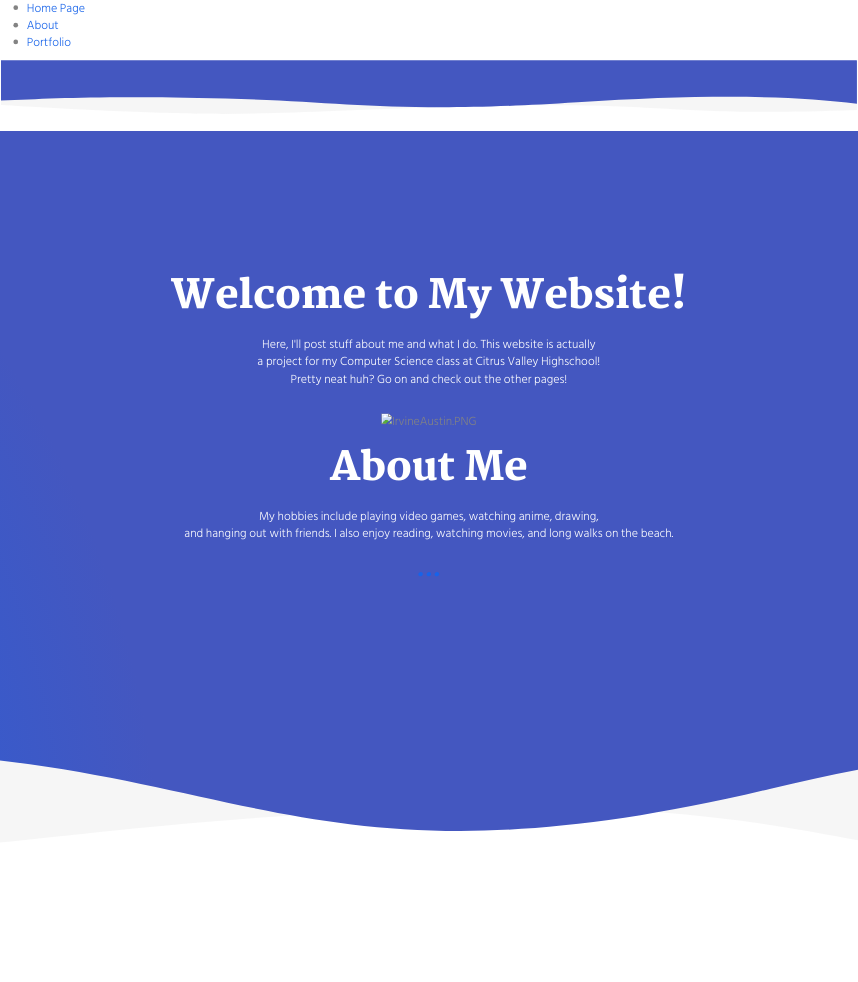
Repository: AustinIrvine02/CharlesX.github.io
Page: index.html
The author's editor kept a record of every edit. The page is drawn from the files as they stood at one moment, then again after the next edit.
The browser window is 1280 px wide. The pictures show the whole page, at 67% of full size.

Above is the page before.

After the next edit:
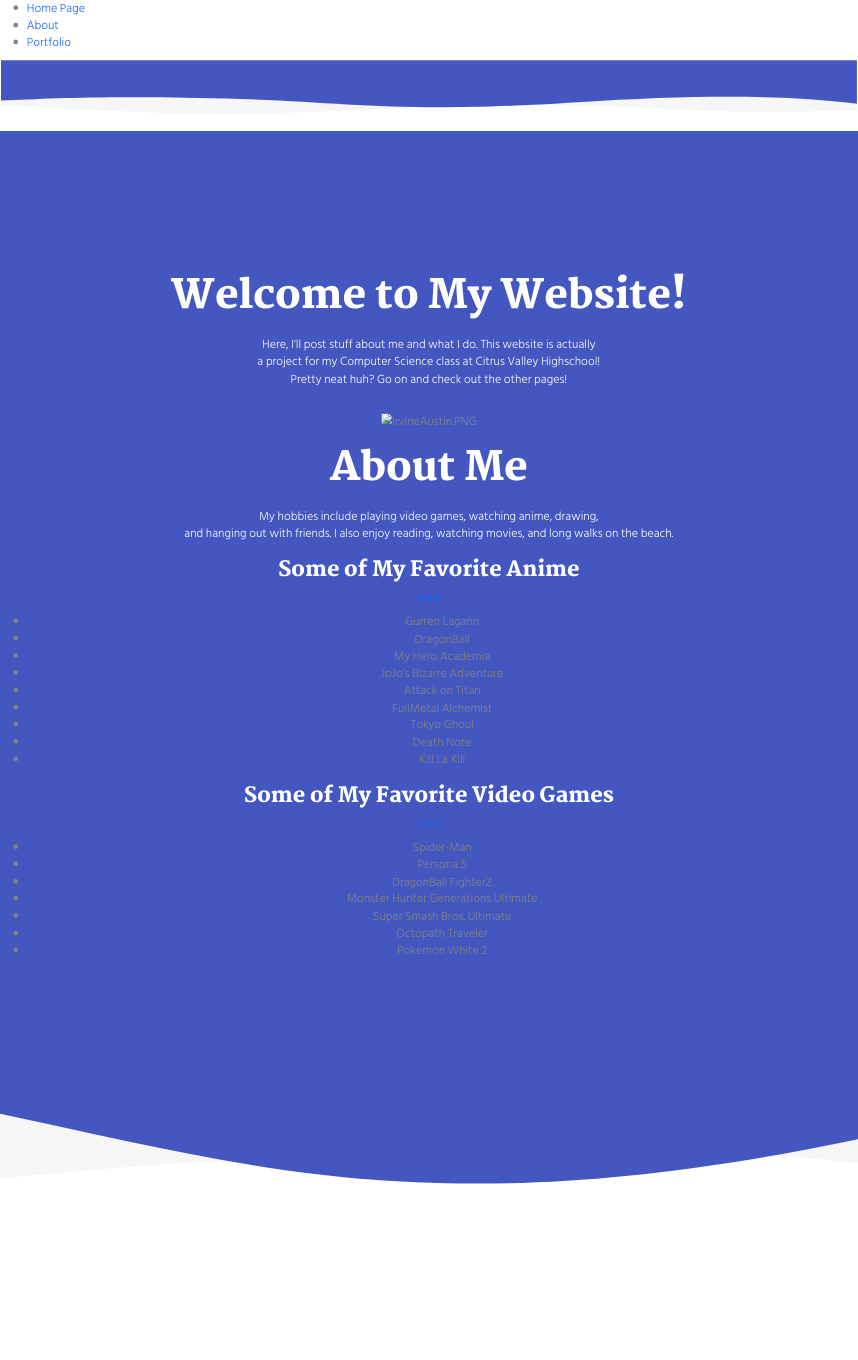
The edit:
--- a/index.html
+++ b/index.html
@@ -71,7 +71,30 @@
   <p> <p> My hobbies include playing video games, watching anime, drawing, <br>
     and hanging out with friends. I also enjoy reading, watching movies, and long walks on the beach. </p> </p>
 
-  <h2> </h2>
+  <h2>  Some of My Favorite Anime </h2>
+      <ul>
+          <li> Gurren Lagann </li>
+          <li> DragonBall </li>
+          <li> My Hero Academia </li>
+          <Li> JoJo's Bizarre Adventure </Li>
+          <li> Attack on Titan </li>
+          <li> FullMetal Alchemist </li>
+          <li> Tokyo Ghoul </li>
+            <li> Death Note </li>
+            <li> Kill La Kill </li>
+        </ul>
+
+    <h2> Some of My Favorite Video Games </h2>
+
+        <ul>
+            <li> Spider-Man </li>
+            <li> Persona 5 </li>
+            <li> DragonBall FighterZ </li>
+            <li> Monster Hunter Generations Ultimate </li>
+            <li> Super Smash Bros. Ultimate </li>
+            <li> Octopath Traveler </li>
+            <li> Pokemon White 2 </li>
+        </ul>
 
   <div class="section-container">
     <div class="container">
